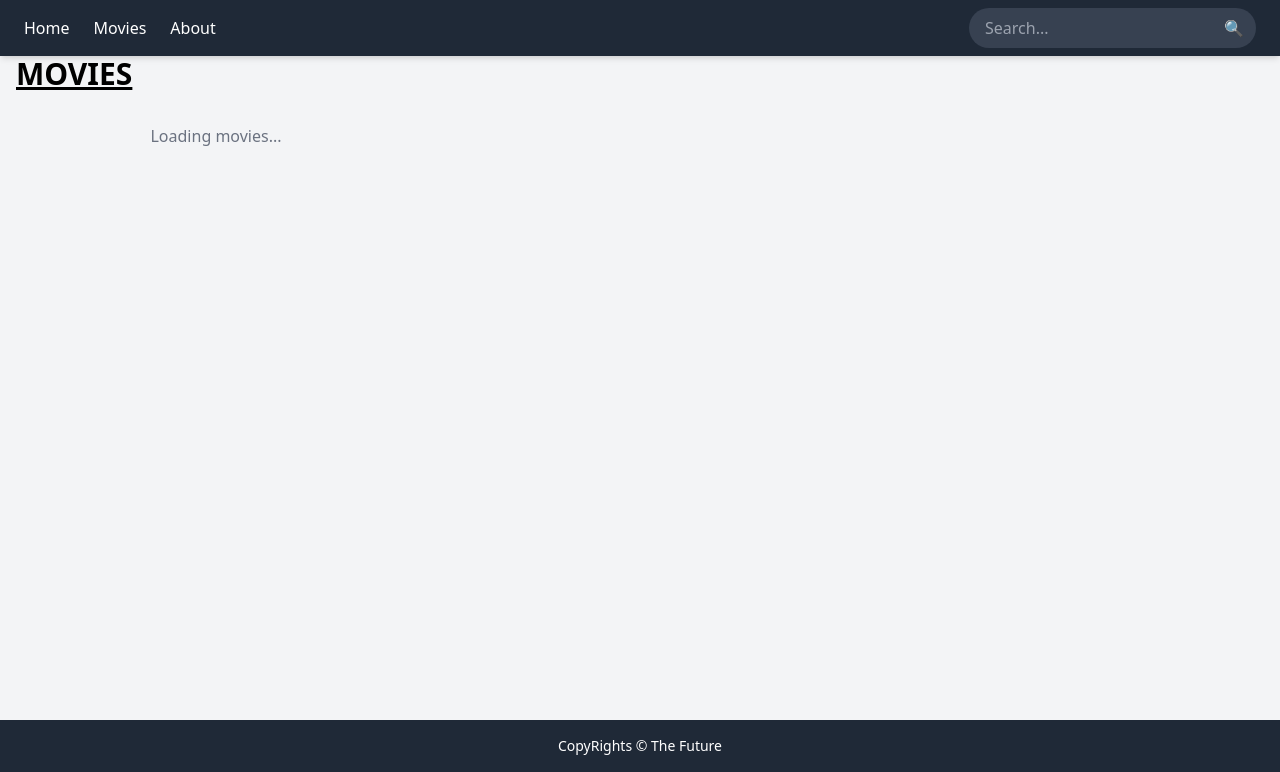
Repository: TheSecretlifeOfX/Movie-Rating
Page: /movies
The author's editor kept a copy of each file at every save. The page is drawn from the files as they stood at one save, then again after the next save.
The browser window is 1280 px wide. The pictures show the whole page.
The page's requests for data from a server got no answer. The project was rebuilt for these pictures with package versions that can differ from the ones it lists, and the page was loaded fresh each time. The framework's server and built-in components were replaced by stand-ins that run in the browser. No one was signed in, and anything a server would have sent is missing. Also part of the build but not shown: next.config.ts.

Above is the page before, as saved 2024-11-29 19:57:57.

### app/layout.tsx
import type { Metadata } from "next";
import localFont from "next/font/local";
import "./globals.css";
import NavBar from "./components/NavBar";
import Footer from "./components/Footer";

const geistSans = localFont({
  src: "./fonts/GeistVF.woff",
  variable: "--font-geist-sans",
  weight: "100 900",
});
const geistMono = localFont({
  src: "./fonts/GeistMonoVF.woff",
  variable: "--font-geist-mono",
  weight: "100 900",
});

export const metadata: Metadata = {
  title: "Create Next App",
  description: "Generated by create next app",
};

export default function RootLayout({
  children,
}: Readonly<{
  children: React.ReactNode;
}>) {
  return (
    <html lang="en">
      <body
        className={`${geistSans.variable} ${geistMono.variable} antialiased`}
      >
       <nav>
        <NavBar />
      </nav>
        {children}
        <footer>
        <Footer />
        </footer>
      </body>
    </html>
  );
}

### app/movies/page.tsx
"use client";

import React, { useState, useEffect } from 'react';

export default function Page() {
  const [movies, setMovies] = useState([]); // State to hold movies data

  useEffect(() => {
    // Fetch movies data from an API
    async function fetchMovies() {
      try {
        const response = await fetch('http://www.omdbapi.com/?i=tt3896198&apikey=dfce1fa4'); // Replace with your API endpoint
        const data = await response.json();
        setMovies(data);
      } catch (error) {
        console.error('Error fetching movies:', error);
      }
    }
    fetchMovies();
  }, []);

  return (
    <main className="p-4 bg-gray-100 min-h-screen">
      {/* Heading */}
      <h1 className="text-3xl font-bold text-left underline mt-10 mb-8">MOVIES</h1>

      {/* Movie List */}
      <div className="grid grid-cols-1 md:grid-cols-2 lg:grid-cols-3 gap-6">
        {movies.length > 0 ? (
          movies.map((movie) => (
            <div key={movie.id} className="bg-white shadow-md rounded-lg p-4">
              {/* Movie Details */}
              <img
                src={movie.image}
                alt={movie.title}
                className="w-full h-48 object-cover rounded-lg mb-4"
              />
              <h3 className="text-xl font-semibold mb-2">{movie.title}</h3>
              <p className="text-gray-700 text-sm mb-4">{movie.description}</p>

              {/* Rating Section */}
              <div className="mb-4">
                <p className="text-gray-800 font-medium">Rating:</p>
                <p className="text-yellow-500">{movie.rating || 'Not rated yet'}</p>
              </div>

              {/* Comments Section */}
              <div>
                <p className="text-gray-800 font-medium mb-2">Comments:</p>
                {movie.comments && movie.comments.length > 0 ? (
                  <ul className="space-y-2">
                    {movie.comments.map((comment, index) => (
                      <li key={index} className="text-gray-700 text-sm">
                        - {comment}
                      </li>
                    ))}
                  </ul>
                ) : (
                  <p className="text-gray-500 text-sm">No comments yet.</p>
                )}
              </div>
            </div>
          ))
        ) : (
          <p className="text-center text-gray-500">Loading movies...</p>
        )}
      </div>
    </main>
  );
}

### app/globals.css
@tailwind base;
@tailwind components;
@tailwind utilities;

/* Background Animation */
@keyframes move-background {
  0% {
    transform: translateX(0) translateY(0);
  }
  50% {
    transform: translateX(-10%) translateY(-10%);
  }
  100% {
    transform: translateX(0) translateY(0);
  }
}

.animate-move-background {
  background-size: 200% 200%;
  animation: move-background 15s infinite alternate linear;
}

/* Slideshow Animation */
@keyframes slide {
  0% {
    transform: translateX(0%);
  }
  33% {
    transform: translateX(-100%);
  }
  66% {
    transform: translateX(-200%);
  }
  100% {
    transform: translateX(0%);
  }
}

.animate-slide {
  animation: slide 10s infinite linear;
}

### app/components/NavBar.tsx
import React from 'react';
import Link from 'next/link'
export default function NavBar() {
  return (
    <nav className="fixed top-0 left-0 w-full bg-gray-800 text-white py-2 px-6 flex justify-between items-center z-50 shadow-md">
      {/* Left: Navigation Links */}
      <div className="flex space-x-6">
        <Link href="/" className="hover:text-gray-400">
          Home
        </Link>
        <Link href="/movies" className="hover:text-gray-400">
          Movies
        </Link>
        <a href="#about" className="hover:text-gray-400">
          About
        </a>
      </div>

      {/* Right: Search Bar */}
      <div className="relative">
        <input
          type="text"
          placeholder="Search..."
          className="pl-4 pr-10 py-2 bg-gray-700 text-white rounded-full outline-none focus:ring-2 focus:ring-purple-500"
        />
        <button
          type="button"
          className="absolute right-3 top-1/2 transform -translate-y-1/2 text-gray-400 hover:text-white"
        >
          🔍
        </button>
      </div>
    </nav>
  );
}

### app/components/Footer.tsx
import React from 'react';

export default function Footer() {
  return (
    <footer className="w-full bg-gray-800 text-white py-4 text-center z-50">
      <p className="text-sm">
        CopyRights © The Future
      </p>
    </footer>
  );
}

Loaded but not shown: tailwind.config.ts (common file)

After the next save:
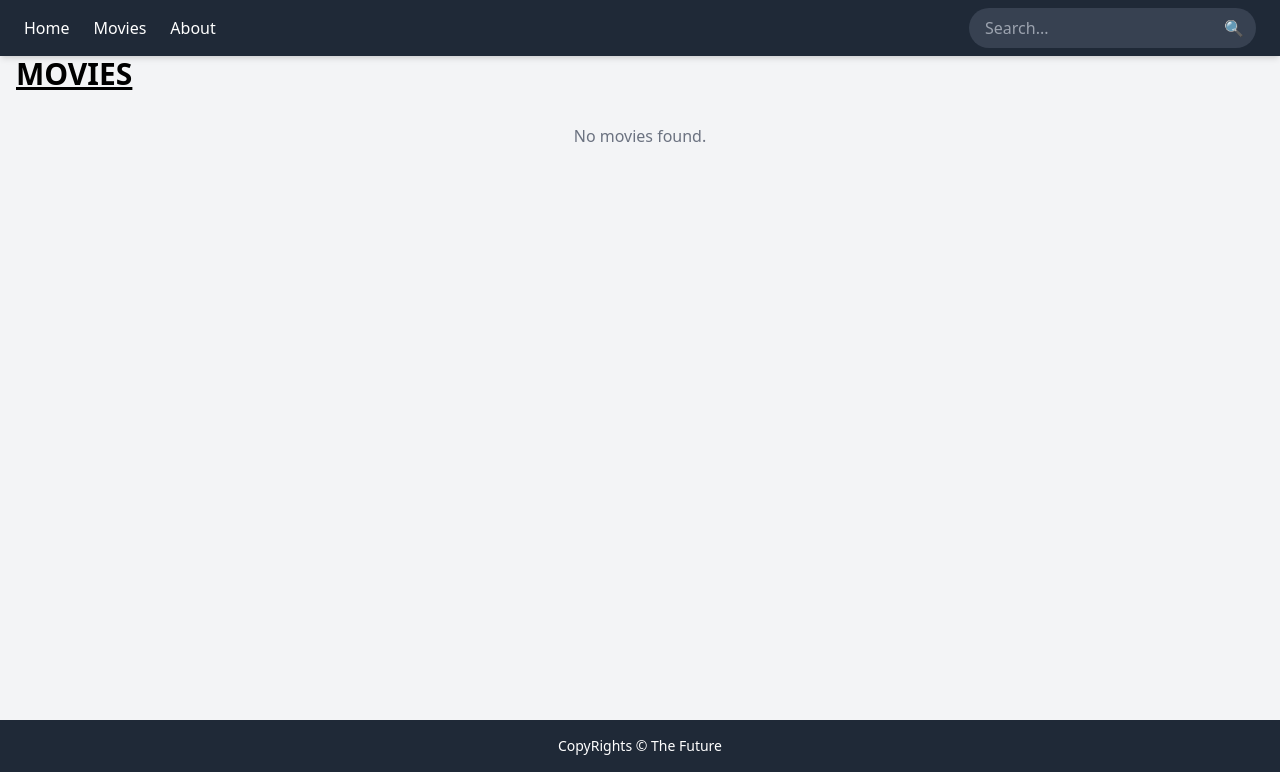
Saved 2 min 4 s later.
--- a/app/movies/page.tsx
+++ b/app/movies/page.tsx
@@ -4,16 +4,26 @@ import React, { useState, useEffect } from 'react';
 
 export default function Page() {
   const [movies, setMovies] = useState([]); // State to hold movies data
+  const [loading, setLoading] = useState(true); // Loading state
+  const API_KEY = "dfce1fa4"; // Replace with your OMDb API key
 
   useEffect(() => {
-    // Fetch movies data from an API
+    // Fetch movies data from the API
     async function fetchMovies() {
       try {
-        const response = await fetch('http://www.omdbapi.com/?i=tt3896198&apikey=dfce1fa4'); // Replace with your API endpoint
+        const response = await fetch(
+          `http://www.omdbapi.com/?s=batman&apikey=${API_KEY}` // Example query to fetch a list of movies
+        );
         const data = await response.json();
-        setMovies(data);
+        if (data.Search) {
+          setMovies(data.Search); // `Search` is the array of movies from OMDb
+        } else {
+          console.error('Error fetching movies:', data.Error);
+        }
       } catch (error) {
         console.error('Error fetching movies:', error);
+      } finally {
+        setLoading(false);
       }
     }
     fetchMovies();
@@ -25,46 +35,39 @@ export default function Page() {
       <h1 className="text-3xl font-bold text-left underline mt-10 mb-8">MOVIES</h1>
 
       {/* Movie List */}
-      <div className="grid grid-cols-1 md:grid-cols-2 lg:grid-cols-3 gap-6">
-        {movies.length > 0 ? (
-          movies.map((movie) => (
-            <div key={movie.id} className="bg-white shadow-md rounded-lg p-4">
-              {/* Movie Details */}
+      {loading ? (
+        <p className="text-center text-gray-500">Loading movies...</p>
+      ) : movies.length > 0 ? (
+        <div className="grid grid-cols-1 md:grid-cols-2 lg:grid-cols-3 gap-6">
+          {movies.map((movie) => (
+            <div key={movie.imdbID} className="bg-white shadow-md rounded-lg p-4">
+              {/* Movie Poster */}
               <img
-                src={movie.image}
-                alt={movie.title}
+                src={movie.Poster !== "N/A" ? movie.Poster : "/placeholder.png"} // Use a placeholder image if Poster is "N/A"
+                alt={movie.Title}
                 className="w-full h-48 object-cover rounded-lg mb-4"
               />
-              <h3 className="text-xl font-semibold mb-2">{movie.title}</h3>
-              <p className="text-gray-700 text-sm mb-4">{movie.description}</p>
+              {/* Movie Details */}
+              <h3 className="text-xl font-semibold mb-2">{movie.Title}</h3>
+              <p className="text-gray-700 text-sm mb-4">Year: {movie.Year}</p>
 
               {/* Rating Section */}
               <div className="mb-4">
                 <p className="text-gray-800 font-medium">Rating:</p>
-                <p className="text-yellow-500">{movie.rating || 'Not rated yet'}</p>
+                <p className="text-yellow-500">N/A (Example Placeholder)</p>
               </div>
 
               {/* Comments Section */}
               <div>
                 <p className="text-gray-800 font-medium mb-2">Comments:</p>
-                {movie.comments && movie.comments.length > 0 ? (
-                  <ul className="space-y-2">
-                    {movie.comments.map((comment, index) => (
-                      <li key={index} className="text-gray-700 text-sm">
-                        - {comment}
-                      </li>
-                    ))}
-                  </ul>
-                ) : (
-                  <p className="text-gray-500 text-sm">No comments yet.</p>
-                )}
+                <p className="text-gray-500 text-sm">No comments yet.</p>
               </div>
             </div>
-          ))
-        ) : (
-          <p className="text-center text-gray-500">Loading movies...</p>
-        )}
-      </div>
+          ))}
+        </div>
+      ) : (
+        <p className="text-center text-gray-500">No movies found.</p>
+      )}
     </main>
   );
 }
